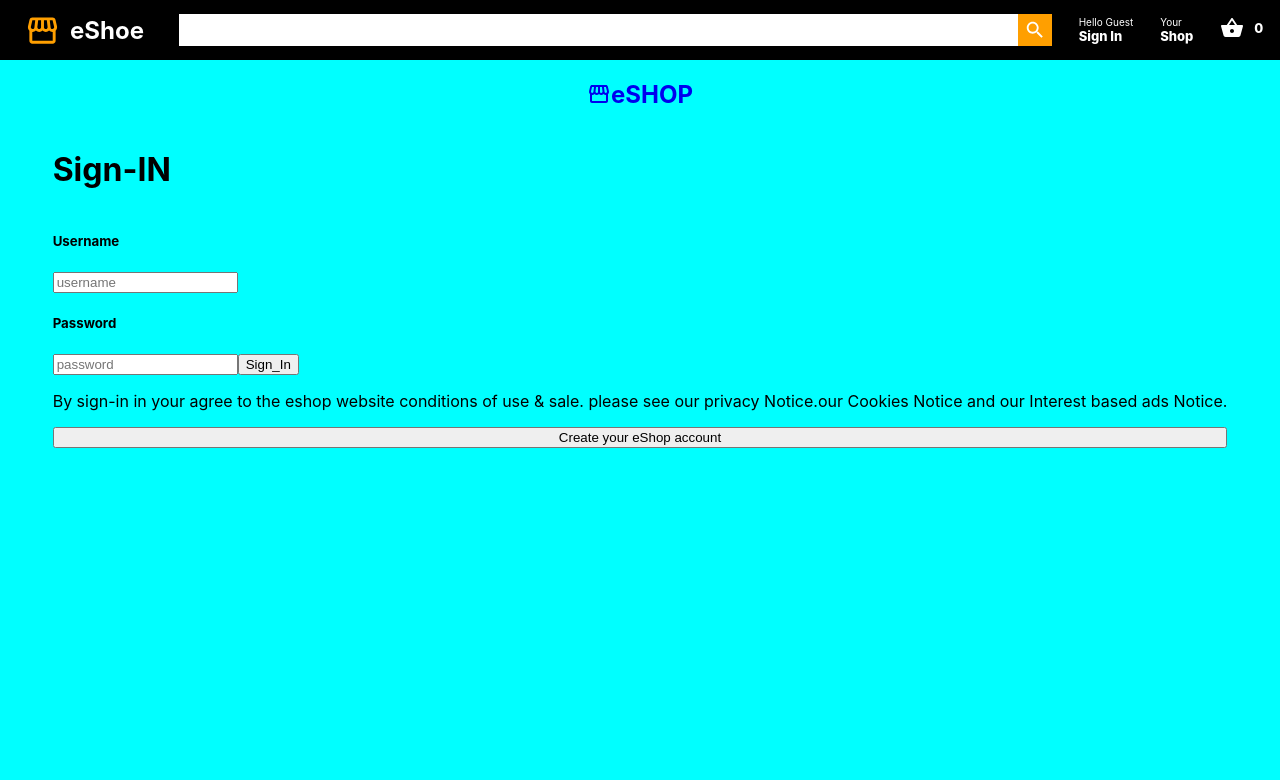
Repository: sandeepreddyvitta/react
Page: /login (app in eshop/)
The author's editor kept a copy of each file at every save. The page is drawn from the files as they stood at one save, then again after the next save.
The browser window is 1280 px wide. The pictures show the whole page.
The project was rebuilt for these pictures with package versions that can differ from the ones it lists, and the page was loaded fresh each time. Also part of the build but not shown: eshop/src/components/products/product.scss, eshop/src/components/products/Product.js, eshop/src/components/home/home.scss, eshop/src/components/home/Home.js, eshop/src/components/checkOut/checkout.scss, eshop/src/components/checkOut/checkoutproduct.scss, eshop/src/components/checkOut/CheckOutProduct.js, eshop/src/components/checkOut/subtotal.scss and 2 more.

Above is the page before, as saved 2022-12-07 11:35:40.

### eshop/public/index.html
<!DOCTYPE html>
<html lang="en">

<head>
  <meta charset="utf-8" />
  <link rel="icon" href="%PUBLIC_URL%/favicon.ico" />
  <meta name="viewport" content="width=device-width, initial-scale=1" />
  <meta name="theme-color" content="#000000" />
  <meta name="description" content="Web site created using create-react-app" />
  <link rel="apple-touch-icon" href="%PUBLIC_URL%/logo192.png" />
  <!--
      manifest.json provides metadata used when your web app is installed on a
      user's mobile device or desktop. See https://developers.google.com/web/fundamentals/web-app-manifest/
    -->
  <link rel="manifest" href="%PUBLIC_URL%/manifest.json" />

  <!--
      Notice the use of %PUBLIC_URL% in the tags above.
      It will be replaced with the URL of the `public` folder during the build.
      Only files inside the `public` folder can be referenced from the HTML.

      Unlike "/favicon.ico" or "favicon.ico", "%PUBLIC_URL%/favicon.ico" will
      work correctly both with client-side routing and a non-root public URL.
      Learn how to configure a non-root public URL by running `npm run build`.
    -->
  <title>eShop</title>
</head>

<body>
  <noscript>You need to enable JavaScript to run this app.</noscript>
  <div id="root"></div>
  <!--
      This HTML file is a template.
      If you open it directly in the browser, you will see an empty page.

      You can add webfonts, meta tags, or analytics to this file.
      The build step will place the bundled scripts into the <body> tag.

      To begin the development, run `npm start` or `yarn start`.
      To create a production bundle, use `npm run build` or `yarn build`.
    -->
</body>

</html>

### eshop/src/index.js
import React from 'react';
import ReactDOM from 'react-dom/client';
import './index.css';
import App from './App';
import reportWebVitals from './reportWebVitals';
import reducer, { initialState } from './components/data/reducer';
import { StateProvider } from './components/data/StateProvider';

const root = ReactDOM.createRoot(document.getElementById('root'));
root.render(
  <React.StrictMode>
    <StateProvider initialState={initialState} reducer={reducer}>
      <App />
    </StateProvider>
  </React.StrictMode>
);


reportWebVitals();

### eshop/src/App.js
import React, { Children } from 'react'
import Home from './components/home/Home';
import NavBar from './components/navbar/NavBar';
import CheckOut from './components/checkOut/CheckOut'
import { createBrowserRouter, RouterProvider, Route, Outlet } from 'react-router-dom'
import Login from './components/login/Login';


function App() {
  const Layout = () => {
    return (
      <div>
        <NavBar />
        <>
          <Outlet />
        </>
      </div>
    )
  }

  const router = createBrowserRouter([
    {
      path: "/",
      element: <Layout />,
      children: [
        {
          path: '/',
          element: <Home />
        },
        {
          path: "/checkout",
          element: <CheckOut />
        },
        {
          path: '/login',
          element: <Login />
        }
      ]
    },
  ])
  return (
    <div className="App">
      <RouterProvider router={router} />
    </div>
  );
}

export default App;

### eshop/src/components/data/reducer.js
export const initialState = {
    basket: [],
};

export const getTotalAmount = (basket) => {
    console.log(basket)
    return (basket?.reduce((amount, item) => item.price + amount, 0));
}
const reducer = (state = initialState, action) => {
    switch (action.type) {
        case "Add_To_Basket":
            return {
                ...state, basket: [...state.basket, action.item],
            }
        case "Remove_To_Basket":
            const index = state.basket.findIndex(basketitem => basketitem.id === action.id);
            let newBasket = [...state.basket];
            if (index >= 0) {
                newBasket.splice(index, 1);
            }
            else {
                console.warn(`can't remove product id ${action.id} `)
            }
            return {
                ...state, basket: newBasket,
            }
        default:
            return { ...state }
    }
}

export default reducer;

### eshop/src/components/data/StateProvider.js
import React, { createContext, useContext, useReducer } from 'react'

export const StateContext = createContext();

export const StateProvider = ({ reducer, initialState, children }) => (
    <StateContext.Provider value={useReducer(reducer, initialState)}>
        {children}
    </StateContext.Provider>
);

export const useStateValue = () => useContext(StateContext);

### eshop/src/components/navbar/NavBar.js
import './navbar.scss'
import ShoppingBasketIcon from '@mui/icons-material/ShoppingBasket';
import StorefrontIcon from '@mui/icons-material/Storefront';
import SearchIcon from '@mui/icons-material/Search';
import { Link } from 'react-router-dom'
import { useStateValue } from '../data/StateProvider';
const NavBar = () => {
    const [{ basket }, dispatch] = useStateValue();
    return (
        <div className='navBar'>
            <Link to='/' style={{ textDecoration: "none" }}>
                <div className='headerLogo'>
                    <StorefrontIcon fontSize='large' className='storeIcon' />
                    <h2 className="title">eShoe</h2>
                </div>

            </Link>
            <div className='searchBar'>
                <input type="text" className='searchBarInput' />
                <SearchIcon className='searchIcon' />
            </div>
            <div className='userItems'>
                <Link to='/login' style={{ textDecoration: "none" }}>
                    <div className='headerItem'>
                        <span className='nav_itemOne'>Hello Guest</span>
                        <span className='nav_itemTwo'>Sign In</span>
                    </div>
                </Link>
                <div className='headerItem'>
                    <span className='nav_itemOne'>Your</span>
                    <span className='nav_itemTwo'>Shop</span>
                </div>
                <div className='headerItem'>
                    <Link to="/checkout" style={{ textDecoration: "none" }}>
                        <div className='basket'>
                            <ShoppingBasketIcon className='basketIcon' />
                            <span className='nav_itemTwo'>{basket.length}</span>
                        </div>
                    </Link>
                </div>
            </div>
        </div >
    )
}

export default NavBar

### eshop/src/components/login/Login.js
import { StorefrontOutlined } from '@material-ui/icons';
import { useState } from 'react'
import { Link } from 'react-router-dom';
import './login.scss'

const Login = () => {
    const [userName, setUserName] = useState('');
    const [password, setPassword] = useState('');
    return (
        <div className='login'>
            <Link to='/' style={{ textDecoration: "none" }}>
                <div className='logo'>
                    <StorefrontOutlined className='icon' fontsize='large' />
                    <h2 className='title'>eSHOP</h2>
                </div>
            </Link>
            <div className='loginContainer'>
                <h1>Sign-IN</h1>
                <form>
                    <h5>Username</h5>
                    <input type="text" value={userName} name="userName" onChange={e => setUserName(e.target.value)} placeholder="username" />
                    <h5>Password</h5>
                    <input type="password" value={password} name="password" onChange={e => setPassword(e.target.value)} placeholder="password" />
                    <button type="submit">Sign_In</button>
                </form>
                <p>
                    By sign-in in your agree to the eshop website conditions of use & sale.
                    please see our privacy Notice.our Cookies Notice and our Interest based ads Notice.
                </p>
                <button className='register'> Create your eShop account</button>
            </div>
        </div>
    )
}

export default Login

### eshop/src/components/navbar/navbar.scss
.navBar{
    height: 60px;
    display: flex;
    align-items: center;
    background-color: black;
    color: white;
    position: sticky;
    z-index: 2;
    top:0;
    .headerLogo{
        display: flex;
        flex:1;
        align-items:center;
        color:#ff9f00;
        margin: 0px 25px;
        .storeIcon{
            margin-right: 10px;
        }
        .title{
            text-decoration: none;
            color:white;
            border: 0;
        }
    }
    .searchBar{
        display: flex;
        flex:4;
        align-items:center;
        border-radius: 24px;
        margin: 0 10px;
        .searchBarInput{

            height: 12px;
            padding: 10px;
            border: none;
            width: 100%;
        }
        .searchIcon{
            height:22px;
            padding: 5px;
            background-color:#ff9f00;
            cursor: pointer;
        }
    }
    .userItems{
        display: flex;
        flex: 1;
        justify-content: space-evenly;
        .headerItem{
            display: flex;
            flex-direction: column;
            margin: 0px 10px;
            color:white;
            .nav_itemOne{
                font-size: 10px;
            }
            .nav_itemTwo{
                font-size: 13px;
                font-weight: 800;
            }
            .basket{
                display: flex;
                align-items:center;
                color:white;
                .basketIcon{
                    margin-right: 10px;
                }
            }
        }
    }
}

### eshop/src/components/login/login.scss
.login{
    display: flex;
    flex-direction: column;
    align-items:center;
    background-color: aqua;
    height: 100vh;
    .logo{
        display: flex;
        align-items: center;
    }
    .loginContainer{
        display: flex;
        flex-direction: column;
    }
}

Loaded but not shown: eshop/src/index.css (common file); eshop/src/reportWebVitals.js (common file)

After the next save:
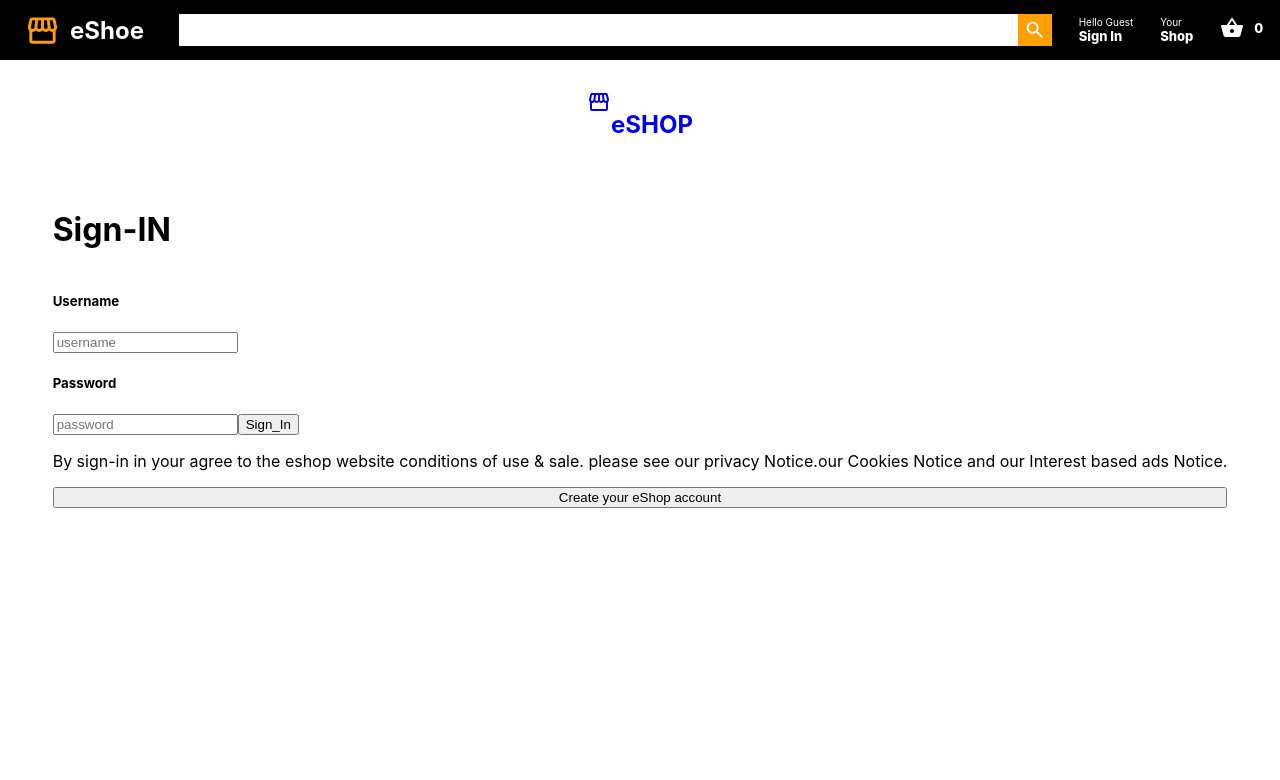
Saved 44 s later.
--- a/eshop/src/components/login/login.scss
+++ b/eshop/src/components/login/login.scss
@@ -2,11 +2,11 @@
     display: flex;
     flex-direction: column;
     align-items:center;
-    background-color: aqua;
+    background-color: white;
     height: 100vh;
     .logo{
         display: flex;
-        align-items: center;
+        margin: 30px 0px;
     }
     .loginContainer{
         display: flex;
